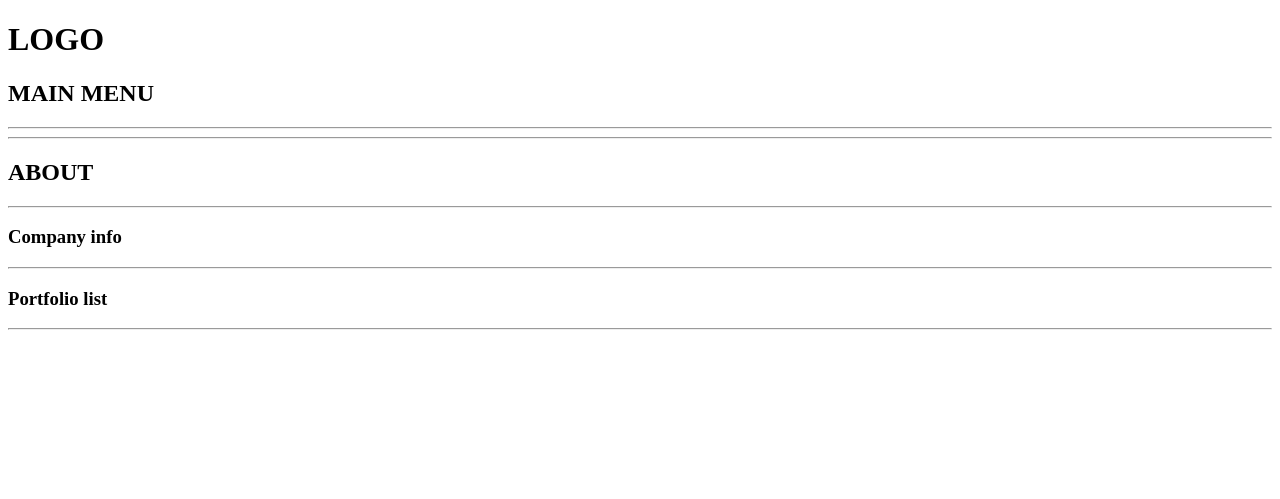
Repository: sonminho/aos
Page: Webserver/addup_perfume/WebContent/prca.html
The author's editor kept a copy of each file at every save. The page is drawn from the files as they stood at one save, then again after the next save.
The browser window is 1280 px wide. The pictures show the whole page.

Above is the page before, as saved 2017-11-13 09:55:03.

### Webserver/addup_perfume/WebContent/prca.html
<!DOCTYPE html>
<html>
<head>
<meta charset="EUC-KR">
<title>Company Info</title>
</head>
<body>
<div id="wrap">
	<div id="header">
		<h1>LOGO</h1>
		<h2>MAIN MENU</h2>
	</div>
	<hr>
	<div id="container">
		<div class="visual">
		</div>
		<hr>
		<div class="nav">
			<h2>ABOUT</h2>
		</div>
		<hr>
		<div class="contents">
			<h3>Company info</h3>
			<hr>
			<h3>Portfolio list</h3>
		</div>
	</div>
	<hr>
	<div id="footer">
	</div>
</div>
</body>
</html>

After the next save:
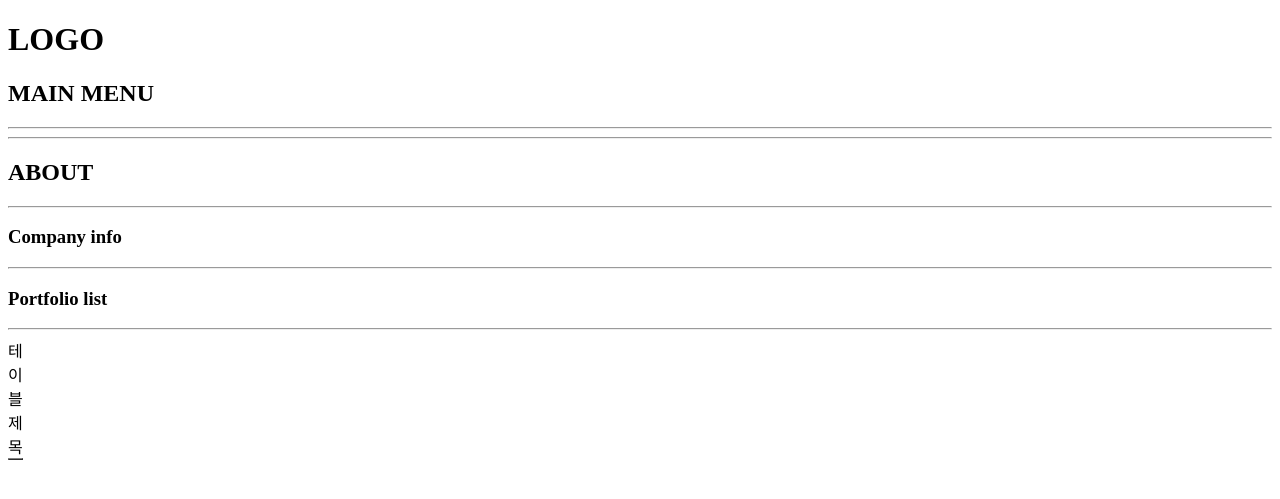
Saved 46 min 51 s later.
--- a/Webserver/addup_perfume/WebContent/prca.html
+++ b/Webserver/addup_perfume/WebContent/prca.html
@@ -29,5 +29,8 @@
 	<div id="footer">
 	</div>
 </div>
+<table border="1">
+	<caption>테이블 제목</caption>
+</table>
 </body>
 </html>
